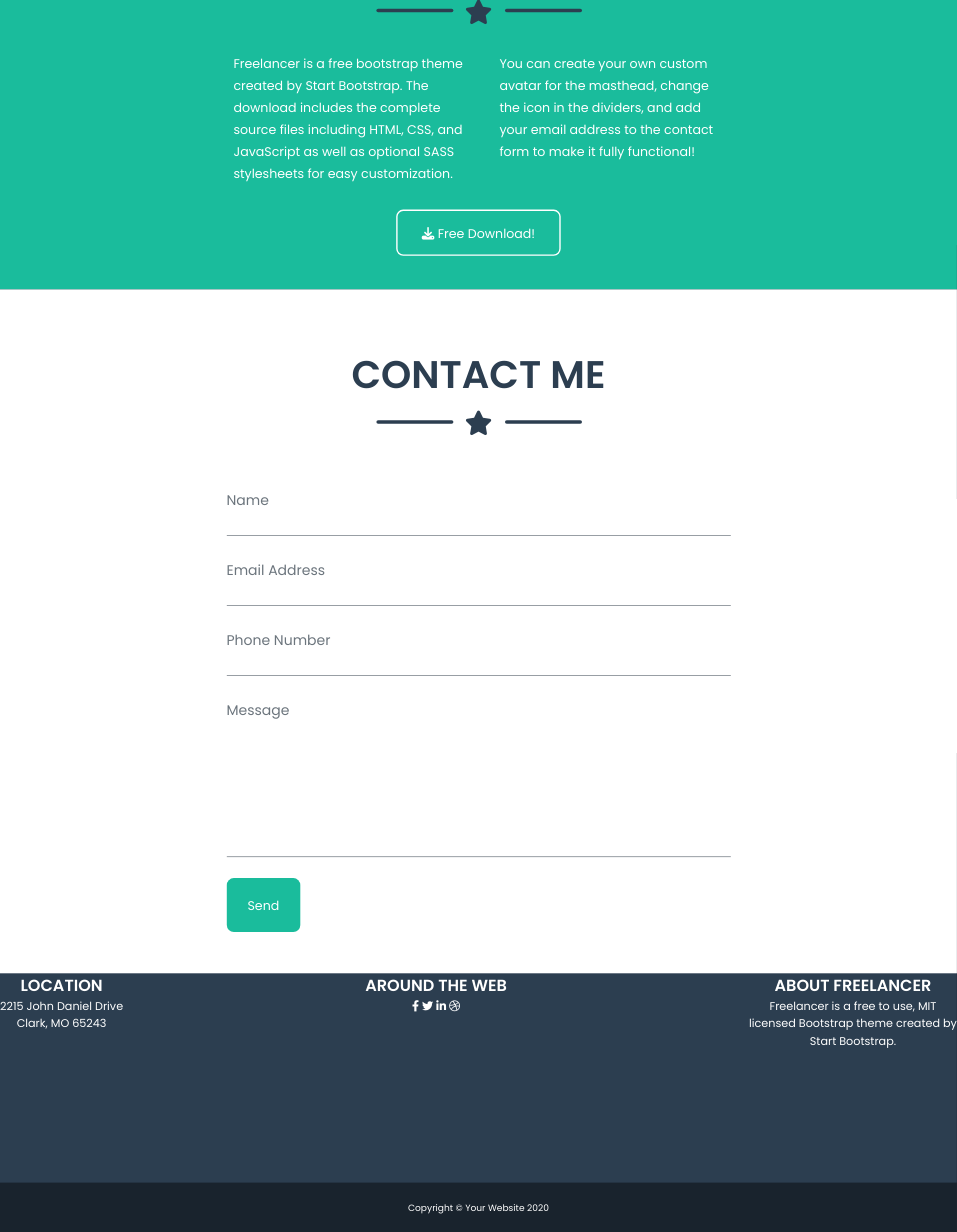
Repository: sSoRaK/web-cut-by-figma_train
Page: bai02/index.html
These files come from the project's save history. The page is drawn as it stood at one moment and after the next save; the edit follows.
The browser window is 1280 px wide. The page is 1367 px wide, so the pictures cover 1367 px, including what lies to the right of the window. The pictures show the part of the page from y = 1829 to 3589 px (the page is 3589 px tall), at 70% of full size.

Above is the page before, as saved 2023-06-02 15:30:04.

### bai02/index.html
<!DOCTYPE html>
<html lang="en">
  <head>
    <meta charset="UTF-8" />
    <meta http-equiv="X-UA-Compatible" content="IE=edge" />
    <meta name="viewport" content="width=device-width, initial-scale=1.0" />
    <title>Start Bootstrap</title>
    <link rel="stylesheet" href="./style.css" />
    <link
      href="https://fonts.googleapis.com/css2?family=Poppins:wght@100;200;300;400;500;600&display=swap"
      rel="stylesheet"
    />
    <link
      rel="stylesheet"
      href="https://cdnjs.cloudflare.com/ajax/libs/font-awesome/6.4.0/css/all.min.css"
      integrity="sha512-iecdLmaskl7CVkqkXNQ/ZH/XLlvWZOJyj7Yy7tcenmpD1ypASozpmT/E0iPtmFIB46ZmdtAc9eNBvH0H/ZpiBw=="
      crossorigin="anonymous"
      referrerpolicy="no-referrer"
    />
  </head>
  <body>
    <div class="container">
      <!-- header menu -->
      <header>
        <div class="header-logo">
          <h2>Start Bootstrap</h2>
        </div>
        <nav>
          <ul>
            <li><a href="#">PORTFOLIO</a></li>
            <li><a href="#">ABOUT</a></li>
            <li><a href="#">CONTACT</a></li>
          </ul>
        </nav>
      </header>
      <!-- header menu -->
      <!-- main -->
      <main>
        <!-- block 01 -->
        <section class="block01 start-bootstrap">
          <img
            src="./resources/avataaars.png"
            alt="avatar"
            srcset="./resources/avataaars.png 2x"
          />
          <h3>START BOOTSTRAP</h3>
          <div class="star-line">
            <i class="fa-solid fa-star"></i>
          </div>
          <p>Graphic Artist - Web Designer - Illustrator</p>
        </section>
        <!-- block 01 -->

        <!-- block 02 -->
        <section class="block02 portfolio">
          <h4>PORTFOLIO</h4>
          <div class="star-line">
            <i class="fa-solid fa-star"></i>
          </div>
          <div class="img-list">
            <img
              src="./resources/cabin.png"
              alt="cabin"
              srcset="./resources/cabin.png 2x"
            />
            <img
              src="./resources/cake.png"
              alt="cake"
              srcset="./resources/cake.png"
            />
            <img
              src="./resources/circus.png"
              alt="circus"
              srcset="./resources/circus.png 2x"
            />
            <img
              src="./resources/game.png"
              alt="game"
              srcset="./resources/game.png 2x"
            />
            <img
              src="./resources/safe.png"
              alt="safe"
              srcset="./resources/safe.png 2x"
            />
            <img
              src="./resources/submarine.png"
              alt="submarine"
              srcset="./resources/submarine.png 2x"
            />
          </div>
        </section>
        <!-- block 02 -->

        <!-- block 03 -->
        <section class="block03 about">
          <h4>ABOUT</h4>
          <div class="star-line">
            <i class="fa-solid fa-star"></i>
          </div>
          <div iv class="content">
            <div class="left-content">
              Freelancer is a free bootstrap theme created by Start Bootstrap.
              The download includes the complete source files including HTML,
              CSS, and JavaScript as well as optional SASS stylesheets for easy
              customization.
            </div>
            <div class="right-content">
              You can create your own custom avatar for the masthead, change the
              icon in the dividers, and add your email address to the contact
              form to make it fully functional!
            </div>
          </div>
          <button><i class="fa-solid fa-download"></i> Free Download!</button>
        </section>
        <!-- block 03 -->

        <!-- block 04 -->
        <section class="block04 contact-me">
          <h4>CONTACT ME</h4>
          <div class="star-line">
            <i class="fa-solid fa-star"></i>
          </div>
          <div class="form">
            <form action="#" method="post">
              <div class="block">
                <label for="name">Name</label>
                <input type="text" name="name" id="name" />
              </div>
              <div class="block">
                <label for="email">Email Address</label>
                <input type="email" name="email" id="email" />
              </div>
              <div class="block">
                <label for="phone-number">Phone Number</label>
                <input type="number" name="phone-number" id="phone-number" />
              </div>
              <div class="block">
                <label for="message">Message</label>
                <textarea
                  name="message"
                  id="message"
                  style="resize: none"
                ></textarea>
              </div>
              <div class="send-btn">
                <input type="submit" value="Send" />
              </div>
            </form>
          </div>
        </section>
        <!-- block 04 -->
      </main>
      <footer>
        <div class="wrapper">
          <div class="col">
            <h5>LOCATION</h5>
            <p>
              2215 John Daniel Drive <br />
              Clark, MO 65243
            </p>
          </div>
          <div class="col">
            <h5>AROUND THE WEB</h5>
            <div class="icon-web">
              <i class="fa-brands fa-facebook-f"></i>
              <i class="fa-brands fa-twitter"></i>
              <i class="fa-brands fa-linkedin-in"></i>
              <i class="fa-brands fa-dribbble"></i>
            </div>
          </div>
          <div class="col">
            <h5>ABOUT FREELANCER</h5>
            <p>
              Freelancer is a free to use, MIT <br />
              licensed Bootstrap theme created by <br />
              <span>Start Bootstrap</span>.
            </p>
          </div>
        </div>
        <p class="copyright-footer">Copyright &copy; Your Website 2020</p>
      </footer>
      <!-- main -->
    </div>
  </body>
</html>

### bai02/style.css
* {
  margin: 0;
  padding: 0;
  box-sizing: border-box;
  font-family: "Poppins", sans-serif;
  list-style: none;
  text-decoration: none;
}
body {
  background-color: #0e0e0e;
  height: 2400px;
}
.container {
  position: relative;
  width: 1367px;
  background-color: #2c3e50;
  margin: 0 auto;
}
/* header menu */
header {
  height: 100px;
  color: #ffffff;
  display: flex;
  justify-content: space-between;
  align-items: center;
  margin: 0 155px 0 130px;
}
.header-logo {
  text-transform: uppercase;
  font-weight: 700;
  font-size: 20px;
  cursor: pointer;
}
nav ul {
  display: flex;
  gap: 40px;
}

ul li a {
  color: #ffffff;
  font-weight: 600;
  font-size: 18px;
}
/* header menu */
/* main */

/* block 01 */
.block01 {
  height: 680px;
  background-color: #1abc9c;
  color: #ffffff;
  text-align: center;
  padding: 102px 0;
}
.block01 img {
  width: 250px;
  height: 250px;
  margin-bottom: 30px;
}
.block01 h3 {
  font-size: 65px;
}
.star-line {
  margin-bottom: 20px;
}
.block01 p {
  font-size: 20px;
}
/* block 01 */
/* block 02 */
.block02 {
  height: 852px;
  background-color: #ffffff;
  color: #ffffff;
  padding: 80px 0;
}
.block02 h4,
.block03 h4,
.block04 h4 {
  text-align: center;
  color: #2c3e50;
  font-size: 55px;
  margin-bottom: 10px;
}
/* làm star line */
.star-line {
  position: relative;
  color: #2c3e50;
  text-align: center;
}
.fa-star {
  font-size: 35px;
}
.star-line::before {
  position: absolute;
  content: "";
  width: 110px;
  height: 5px;
  bottom: 50%;
  left: 50%;
  background-color: #2c3e50;
  transform: translateX(-133%);
  border-radius: 10px;
}
.star-line::after {
  position: absolute;
  content: "";
  width: 110px;
  height: 5px;
  bottom: 50%;
  right: 50%;
  background-color: #2c3e50;
  transform: translateX(134%);
  border-radius: 10px;
}
/* phần image list */
.img-list {
  display: grid;
  grid-template-rows: repeat(2, 240px);
  grid-template-columns: repeat(3, 330px);
  gap: 48px;
  margin: 32px 138px 0 138px;
}
.img-list img {
  width: 330px;
  height: 240px;
  object-fit: contain;
  border-radius: 10px;
}
/* block 02 */

/* block 03 */
.block03 {
  height: 610px;
  background-color: #1abc9c;
  text-align: center;
  padding: 102px 0;
}
.block03 h4 {
  color: #ffffff;
}
.content {
  display: flex;
  width: 700px;
  height: 180px;
  margin: 38px auto 45px auto;
  column-gap: 50px;
  color: #ffffff;
}
.left-content,
.right-content {
  font-size: 18px;
  line-height: 1.75em;
  text-align: left;
}
.left-content {
  width: 330px;
}
.right-content {
  width: 320px;
}
/* button */
.block03 button {
  width: 235px;
  height: 66px;
  background-color: transparent;
  border: 2px solid #ffffff;
  border-radius: 10px;
  color: #ffffff;
  cursor: pointer;
  font-size: 18px;
}
/* block 03 */

/* block 04 */
.block04 {
  height: 977px;
  background-color: #fff;
  padding: 80px 0;
}
.form {
  width: 720px;
  height: 610px;
  margin: 75px auto;
}
.block {
  width: 100%;
  height: 65px;
  margin-bottom: 20px;
}
.block:not(:first-child) {
  margin-top: 35px;
}
.block label {
  color: #6c757d;
  font-size: 20px;
}
.block input,
.block #message {
  display: block;
  width: 100%;
  border: none;
  border-bottom: 1.5px solid #6c757d;
  margin-top: 15px;
}
.block textarea {
  height: 180px;
}
.send-btn {
  margin-top: 190px;
  width: 100px;
  height: 68px;
}
.send-btn input {
  font-size: 18px;
  border: none;
  color: #fff;
  background-color: #1abc9c;
  padding: 25px 30px;
  border-radius: 10px;
  cursor: pointer;
}
/* block 04 */
/* main */

/* footer */
footer {
  height: 370px;
}
.wrapper {
  display: flex;
  justify-content: space-between;
  align-content: center;
  /* margin: 100px 200px 85px 200px; */
  /* height: 155px; */
  text-align: center;
  color: #fff;
}
.col h5 {
  font-size: 23px;
}
/* copyright footer */
footer .copyright-footer {
  position: absolute;
  height: 71px;
  width: 100%;
  color: #fff;
  background-color: #19232d;
  bottom: 0;
  left: 0;
  display: flex;
  align-items: center;
  justify-content: center;
  font-size: 13px;
}
/* footer */

After the next save:
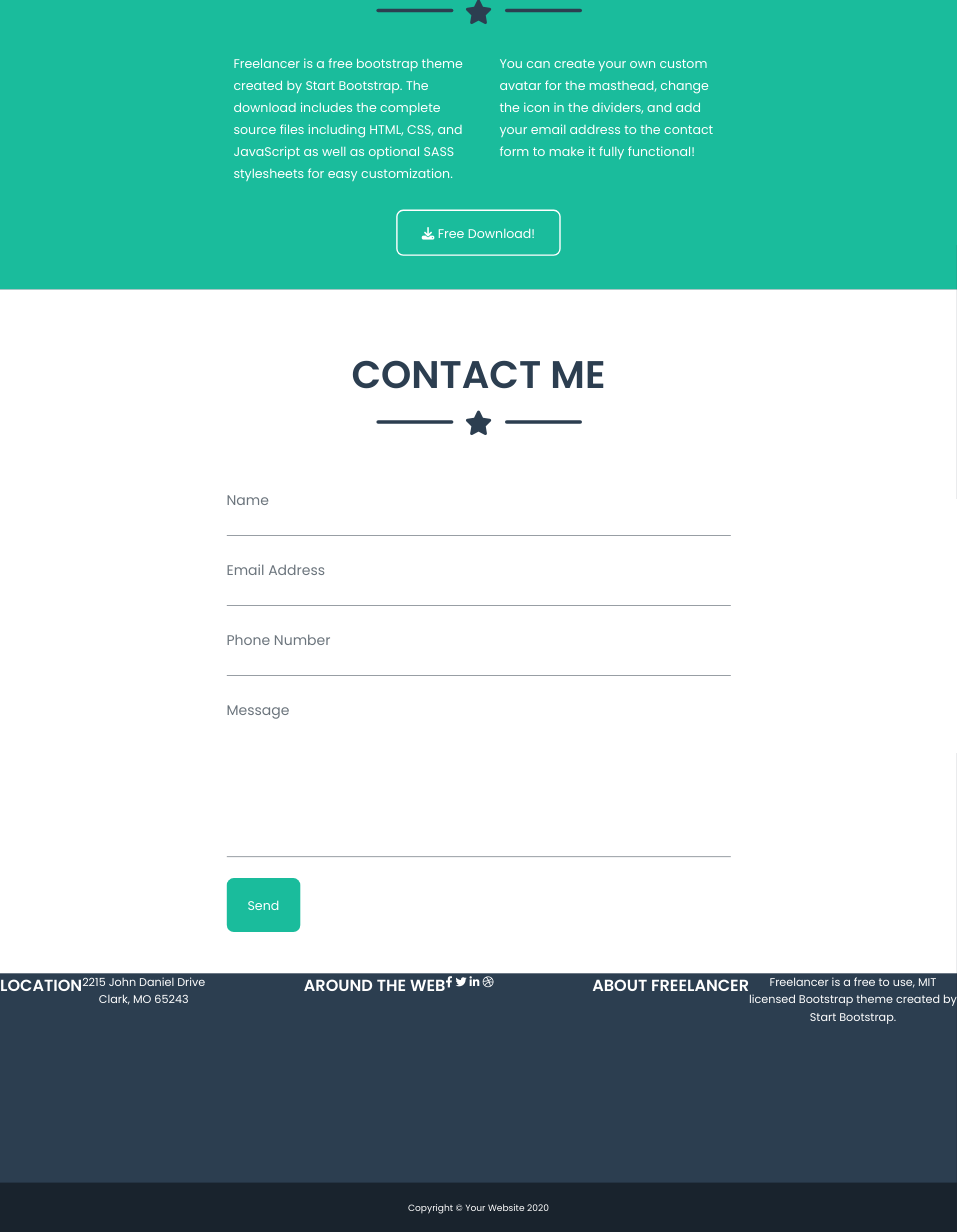
Saved 24 s later.
--- a/bai02/style.css
+++ b/bai02/style.css
@@ -230,11 +230,13 @@
 .wrapper {
   display: flex;
   justify-content: space-between;
-  align-content: center;
   /* margin: 100px 200px 85px 200px; */
   /* height: 155px; */
   text-align: center;
   color: #fff;
+}
+.col {
+  display: flex;
 }
 .col h5 {
   font-size: 23px;

After the 2 saves that followed:
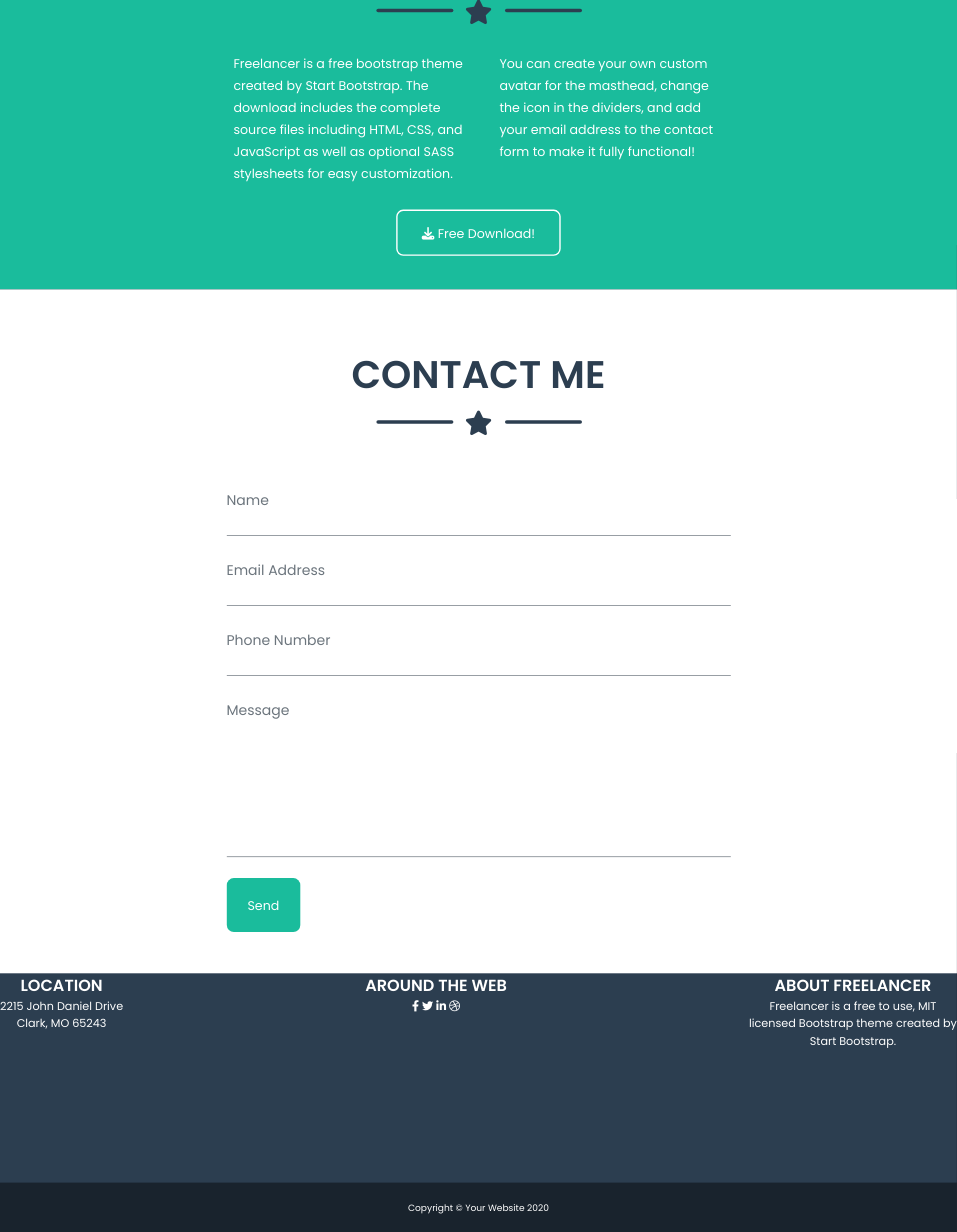
The 2 saves are shown as one change because 1 left the picture as it was.
The last was saved 14 s later.
--- a/bai02/style.css
+++ b/bai02/style.css
@@ -237,6 +237,8 @@
 }
 .col {
   display: flex;
+  flex-direction: column;
+  align-content: center;
 }
 .col h5 {
   font-size: 23px;
